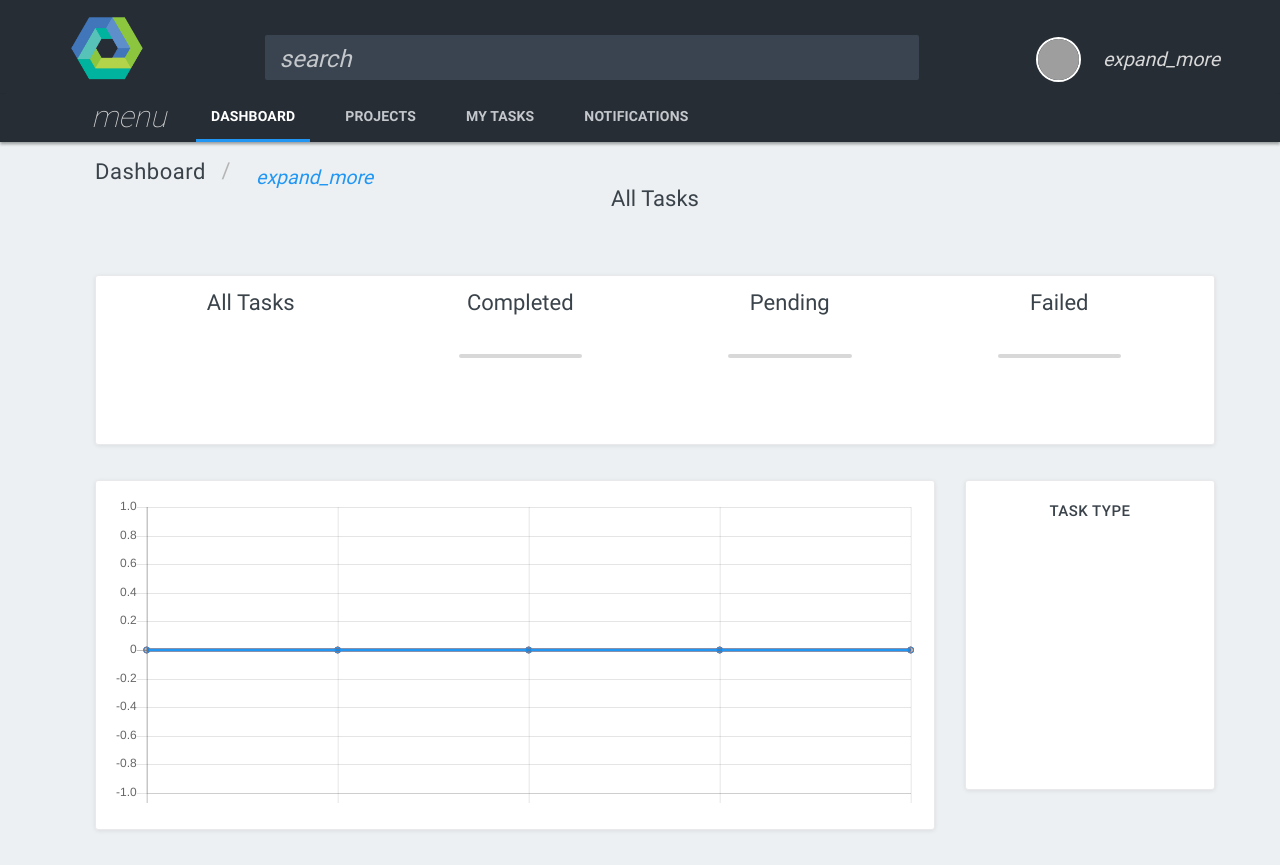
Repository: RenanChagas/ProjectManagement
Page: http://localhost/finalproject/WEB-INF/views/dashboard.jsp
These files come from the project's save history. The page is drawn as it stood at one moment and after the next save; the edit follows.
The browser window is 1280 px wide. The pictures show the whole page.
Pictures or frames that could not be fetched are drawn as grey boxes. The page is served by Tomcat 9. Nobody is signed in. Other server files are loaded and not shown. The template is opened directly, without the code that normally fills it, so the values that code supplies are empty.

Above is the page before, as saved 2017-11-25 17:49:34.

### finalproject/src/main/webapp/WEB-INF/views/dashboard.jsp
<%@ page language="java" contentType="text/html; charset=ISO-8859-1" pageEncoding="ISO-8859-1"%>
<%@ taglib prefix="c" uri="http://java.sun.com/jsp/jstl/core"%>
<%@ taglib prefix="form" uri="http://www.springframework.org/tags/form"%>
<%@ taglib prefix="t" uri="http://www.springframework.org/tags"%>

<!DOCTYPE html>
<html lang="en">
<head>
  <meta http-equiv="Content-Type" content="text/html; charset=UTF-8"/>
  <meta name="viewport" content="width=device-width, initial-scale=1, maximum-scale=1.0"/>
  <title>Course Management</title>

  <!-- CSS  -->
  <link href="https://fonts.googleapis.com/icon?family=Material+Icons" rel="stylesheet">
  <link type="text/css" rel="stylesheet" media="screen,projection" href="<c:url value='/static/css/materialize.css' />"/>
  <link type="text/css" rel="stylesheet" media="screen,projection" href="<c:url value='/static/css/custom-css.css' />"/>

  <!--  Scripts-->
  <script src="<c:url value="/static/js/jquery-2.1.1.min.js" />"></script>
  <script src="<c:url value="/static/js/materialize.js" />"></script>
  <script src="<c:url value="/static/js/Chart.js" />"></script>
  <script src="<c:url value="/static/js/menu.js" />"></script>

  <!-- Website Logo -->
  <link rel="icon" href="<c:url value="/static/images/default/logo.png"/>">

  <script type="text/javascript">
	  $(document).ready(function() {

		  var completedTaskPerc = ${percCompletedTasks} + '%';
		  var percPendingTasks = ${percPendingTasks} + '%';
		  var percFailedTasks = ${percFailedTasks} + '%';

		  $('#completedTasks').attr('style','width: ' + completedTaskPerc);
		  $('#pendingTasks').attr('style','width: ' + percPendingTasks);
		  $('#failedTasks').attr('style','width: ' + percFailedTasks);

			//Window refresh
			if ($(window).width() <= 600) {
		      $("#MDC-dashboard-taskType").removeClass('right');
		  }

			if ($(window).width() >= 600) {
				$("#MDC-dashboard-taskType").addClass('right');
			}

	  });

	  $(window).resize(function() {
		  if ($(window).width() <= 600) {
		      $("#MDC-dashboard-taskType").removeClass('right');
		  }
		  else if ($(window).width() >= 600) {
				$("#MDC-dashboard-taskType").addClass('right');
			}
	  });
  </script>

</head>
<body>
<c:set var="contextPath" value="${pageContext.request.contextPath}"/>

	<!-- NAV TOP  -->
	<nav id="logo_nav" class="MDC-navbar-style MDC-shadow-0 hide-on-small-and-down">
    	<div class="nav-wrapper MDC-nav-margin">
    		<!--  NAV CONTAINER -->
      		<div class="row MDC-nav-top-container ">

        	<!-- Logo -->
        	<div class="col s12 m3 l2">
          		<div class="MDC-nav-logo-position">
          			<img src="<c:url value="/static/images/default/logo.png"/>" class="MDC-nav-logo-size"/>
          		</div>
        	</div>

        	<!-- Search -->
        	<div class="col s12 m7 l7">
          		<div class="MDC-nav-search-position">
            	<form>
              		<div class="input-field">
                		<input id="search" type="search" class="MDC-nav-search-focus" required>
                		<label class="label-icon" for="search"><i class="material-icons MDC-nav-search-focus">search</i></label>
                  		<i class="material-icons MDC-nav-search-focus">close</i>
              		</div>
            	</form>
          		</div>
        	</div>

        	<!-- Avatar -->
        	<div class="col s12 m2 l3">
          		<div class="MDC-nav-account-position">
	            	<!-- Dropdown Trigger -->
	            	<a class="dropdown-button " data-beloworigin="true"
	               		href='#' data-activates='account-dropdown'>
	               		<div class="MDC-nav-account-option-position hide-on-med-and-down">
	                		 <i class="material-icons MDC-icon-small MDC-color-grey-light">expand_more</i>
	               		</div>
	               		<span class="MDC-login-text MDC-nav-account-text-position
	               					MDC-color-grey-light hide-on-med-and-down">
	                 	${user.username}
	               		</span>
	               		<img src="<c:url value="/static/images/avatar/${user.username}/${user.username}.png"/>"
	               				class="MDC-avatar-circle-small mdc-nav-avatar-position"/>
	            	</a>
	            	<!-- Dropdown Structure -->
	            	<ul id='account-dropdown' class='dropdown-content MDC-nav-account-dropdown-position'>
	              		<li><a id="profile" class="modal-trigger MDC-color-grey-dark-2 MDC-font-15" href="${contextPath}/profile">Profile</a></li>
	              		<li class="divider"></li>
	              		<li><a class="MDC-color-grey-dark-2 MDC-font-15" href="${contextPath}/logout">Logout</a></li>
	            	</ul>
          		</div>
        	</div>

			</div>
			<!--  NAV CONTAINER - END-->
		</div>
	</nav>
	<!-- NAV TOP - END -->

  <!-- NAV MENU  -->
  <div class="MDC-menu-fullWidth">
    <div class="MDC-shadow-bottom">
      <header class="MDC-shadow-bottom">
        <nav id="menu_nav" class="MDC-navbar-menu-size MDC-navbar-style MDC-shadow-0 MDC-nav-margin">
          <div class="nav-wrapper MDC-nav-margin MDC-left">
            <!-- MENU ROW -->
            <div class="row">
              <div class="col">
                <div class="MDC-nav-menu-container">

                  <ul id="nav-mobile" class="MDC-nav-menu-ul left left-align">
                    <a href="#" id="mobile-icon" onclick="openNav()" class="left MDC-padding-mobile-0
                    MDC-hover-none">
                      <i class="material-icons MDC-nav-tabs-icon MDC-color-grey-light">
                        menu
                      </i>
                    </a>
                    <li class="MDC-navbar-menu"><a class="active MDC-navbar-active" href="${contextPath}/dashboard">Dashboard</a></li>
                    <li class="MDC-navbar-menu"><a href="${contextPath}/projects">Projects</a></li>
                    <li class="MDC-navbar-menu"><a href="${contextPath}/myTasks">My Tasks</a></li>
                    <li class="MDC-navbar-menu"><a href="${contextPath}/notification">Notifications
                      </a>
                    </li>
                  </ul>
                  <div id="mySidenav" class="MDC-sidenav">
                    <a href="javascript:void(0)" class="MDC-closebtn" onclick="closeNav()">x</a>
                    <a href="${contextPath}/dashboard">Dashboard</a>
                    <a href="${contextPath}/projects">Projects</a>
                    <a href="${contextPath}/myTasks">My Tasks</a>
                    <a href="${contextPath}/notification">Notifications</a>
                    <a href="${contextPath}/profile">Profile</a>
                    <a href="${contextPath}/logout">Logout</a>
                  </div>

                </div>
              </div>
            </div>
            <!-- MENU ROW - END -->
          </div>
        </nav>
      </header>
    </div>
  </div>
  <!-- NAV MENU - END -->

  <!-- TITLE PAGE -->
  <div class="row  MDC-page-center MDC-page-container">
    <div class="col MDC-padding-0 left">
      <div class="MDC-page-title-size">
        <font class="MDC-h5-style MDC-color-grey-dark-2 MDC-display-inline hide-on-small-and-down">Dashboard</font>
        <font class="MDC-h5-style MDC-color-grey-light-2 MDC-display-inline MDC-relative
                     MDC-news-counterBar-position hide-on-small-and-down">/
        </font>
        <font class="MDC-h5-style MDC-color-blue MDC-display-inline">${user.username}</font>
        <i class="material-icons MDC-icon-small MDC-color-blue
                  MDC-news-expand-icon-position MDC-relative">expand_more</i>

      </div>
    </div>
  </div>
  <!-- TITLE PAGE - END -->

  <!-- RESUME CONTAINER -->
  <div class="MDC-page-center MDC-page-container">
    <!-- RESUME CONTENT -->

    <!-- All Courses -->
            <div class="col s12 m6 l3 MDC-margin-card-Tablet show-on-medium-and-down ">
              <div class="row center">
                <font class="MDC-font-22 MDC-color-grey-dark-2">
                  All Tasks
                </font>
              </div>
              <div class="row center">
                <font class="MDC-font-60 MDC-font-bold MDC-color-grey">
                  ${allTasks}
                </font>
              </div>
            </div>





    <div class="row MDC-page-margin-top hide-on-med-and-down ">
      <div class="col l12 MDC-padding-0 MDC-margin-right40">
        <div class="MDC-card MDC-dashboard-card-size">
          <div class="MDC-card-news-container">

            <!-- All Courses -->
            <div class="col s12 m6 l3">
              <div class="row center">
                <font class="MDC-font-22 MDC-color-grey-dark-2">
                  All Tasks
                </font>
              </div>
              <div class="row center">
                <font class="MDC-font-60 MDC-font-bold MDC-color-grey">
                  ${allTasks}
                </font>
              </div>
            </div>

            <!-- Completed Courses -->
            <div class="col s12 m6 l3">
              <div class="row center">
                <font class="MDC-font-22 MDC-color-grey-dark-2">
                  Completed
                </font>
              </div>
              <div class="row center">
                <font class="MDC-font-60 MDC-font-bold MDC-color-grey ">
                  ${completedTasks}
                </font>
                <div class="progress MDC-progressBar-50 MDC-margin-0 MDC-top15 MDC-background-grey-light">
                  <div id="completedTasks" class="determinate"></div>
                </div>
              </div>
            </div>

            <!-- Missing Courses -->
            <div class="col s12 m6 l3">
              <div class="row center">
                <font class="MDC-font-22 MDC-color-grey-dark-2">
                  Pending
                </font>
              </div>
              <div class="row center">
                <font class="MDC-font-60 MDC-font-bold MDC-color-grey ">
                  ${pendingTasks}
                </font>
                <div class="progress MDC-progressBar-50 MDC-margin-0 MDC-top15 MDC-background-grey-light">
                  <div id="pendingTasks" class="determinate yellow darken-2"></div>
                </div>
              </div>
            </div>

            <!-- Overdue Courses -->
            <div class="col s12 m6 l3">
              <div class="row center">
                <font class="MDC-font-22 MDC-color-grey-dark-2">
                  Failed
                </font>
              </div>
              <div class="row center">
                <font class="MDC-font-60 MDC-font-bold MDC-color-grey ">
                  ${failedTasks}
                </font>
                <div class="progress MDC-progressBar-50 MDC-margin-0 MDC-top15 MDC-background-grey-light">
                  <div id="failedTasks" class="determinate red darken-1"></div>
                </div>
              </div>
            </div>

          </div>
        </div>
      </div>
    </div>
    <!-- RESUME CONTENT - END -->

    <!-- Graphics -->
    <div class="row">
      <div class="col l9 MDC-padding-0  hide-on-med-and-down left">
        <div class="MDC-card MDC-dashboardGraphics-card-size">
          <div class="MDC-card-news-container">

            <div>
                <canvas class="MDC-margin-top20 " id="chartjs-Months" width="100" height="320"></canvas>
            </div>
            <script type="text/javascript">


            new Chart(document.getElementById("chartjs-Months"), {

              type: 'line',
              data: {
                labels: ["" + "${months[4]}" + "", "" + "${months[3]}" + "", "" + "${months[2]}" + "", "" + "${months[1]}" + "", "" + "${months[0]}" + ""],
                datasets: [
                  {
                    label: "Tasks Completed",
                    borderColor: "#2196F3",
                    data: ["" + "${completedTasksNumber[4]}" + "","" + "${completedTasksNumber[3]}" + "","" + "${completedTasksNumber[2]}" + "","" + "${completedTasksNumber[1]}" + "", "" + "${completedTasksNumber[0]}" + ""],
                    fill: false,
                    lineTension: 0.2
                  },
                  {
                    label: "Tasks Failed",
                    borderColor: "#e53935",
                    data: ["" + "${failedTasksNumber[4]}" + "","" + "${failedTasksNumber[3]}" + "","" + "${failedTasksNumber[2]}" + "","" + "${failedTasksNumber[1]}" + "", "" + "${failedTasksNumber[0]}" + ""],
                    fill: false,
                    lineTension: 0.2
                  },
                  {
                    label: "Tasks Pending",
                    borderColor: "#fbc02d",
                    data: ["" + "${pendingTasksNumber[4]}" + "","" + "${pendingTasksNumber[3]}" + "","" + "${pendingTasksNumber[2]}" + "","" + "${pendingTasksNumber[1]}" + "", "" + "${pendingTasksNumber[0]}" + ""],
                    fill: false,
                    lineTension: 0.2
                  }
                ]
              },
              "options":{
                "legend": {
                  display: false
                },
                "responsive": true,
                "maintainAspectRatio": false,
                "scales": {
                  "xAxes": [{
                            "gridLines": {
                              display:true
                            }
                  }],
                  "yAxes": [{
                            "gridLines": {
                              display:true
                            }
                            }]
                  }
              }
            });

            </script>

          </div>
        </div>
      </div>

      <!-- Courses -->
      <div class="col s12 m6 l3 MDC-padding-0 right">
        <div id="MDC-dashboard-taskType" class="MDC-card MDC-course-card-size right MDC-dashboard-taskType MDC-dashboard-padding-bottom">

          <!-- Task Title -->
          <div class="row center MDC-margin-top10">
            <font class="truncate MDC-font-15 MDC-color-grey-dark-2 MDC-font-h1">
                Task Type
              </font>
          </div>

          <!-- Image -->
          <a href="#">
            <div class="row center MDC-margin-top20">
              <div class="MDC-margin-right20 MDC-margin-left20">
                  <canvas class="MDC-margin-top20 center" id="chartjs-doughnut" width="10" height="10"></canvas>
              </div>
              <script type="text/javascript">
              new Chart(document.getElementById("chartjs-doughnut"), {
                type: 'doughnut',
                data: {
                  labels: ["Bug", "Test"],
                  datasets: [ {
                    data: [
                      "" + "${taskTypeBug}" + "",
                      "" + "${taskTypeTest}" + ""
                    ],
                    backgroundColor: [
                    "#e53935",
                    "#00b39f",
                    ],
                    label: ""
                  }]
                },
                "options":{
                  "legend": {
                    display: false,
                    top: "50",
                    position: "bottom"
                  },
                  animation: {
                  animateScale: true,
                  animateRotate: true
                  }
                }
              });

              </script>
            </div>
          </a>

          <!-- Task Description -->
          <div class="row center MDC-margin-bottom-10">
            <font class="truncate MDC-font-16-2 MDC-color-grey MDC-font-h1
                        MDC-uppercase-none">
               ${months[0]}
            </font>
          </div>

        <!-- CARD END -->
        </div>
      </div>
      <!-- Courses END -->


    </div>


  </div>
  <!-- RESUME CONTAINER - END -->

</body>
</html>

Loaded but not shown: finalproject/src/main/webapp/static/css/materialize.css (library); finalproject/src/main/webapp/static/js/jquery-2.1.1.min.js (library); finalproject/src/main/webapp/static/js/materialize.js (library); finalproject/src/main/webapp/static/js/Chart.js (library); finalproject/src/main/webapp/static/js/menu.js (49 lines, source omitted); finalproject/src/main/webapp/static/css/custom-css.css (1593 lines, source omitted)

After the next save:
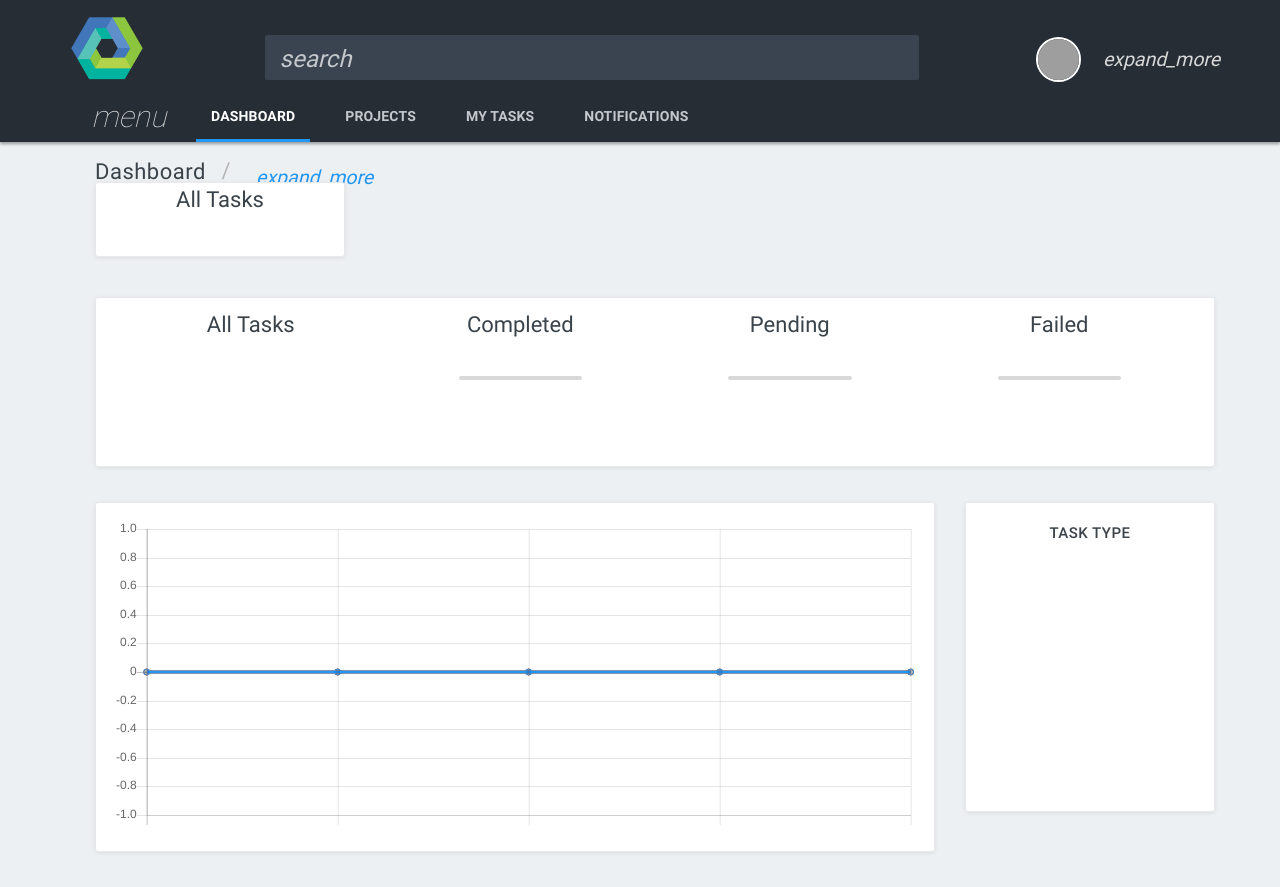
Saved 21 s later.
--- a/finalproject/src/main/webapp/WEB-INF/views/dashboard.jsp
+++ b/finalproject/src/main/webapp/WEB-INF/views/dashboard.jsp
@@ -185,7 +185,7 @@
     <!-- RESUME CONTENT -->
 
     <!-- All Courses -->
-            <div class="col s12 m6 l3 MDC-margin-card-Tablet show-on-medium-and-down ">
+            <div class="col s12 m6 l3 MDC-margin-card-Tablet show-on-medium-and-down MDC-card MDC-course-card-size">
               <div class="row center">
                 <font class="MDC-font-22 MDC-color-grey-dark-2">
                   All Tasks
